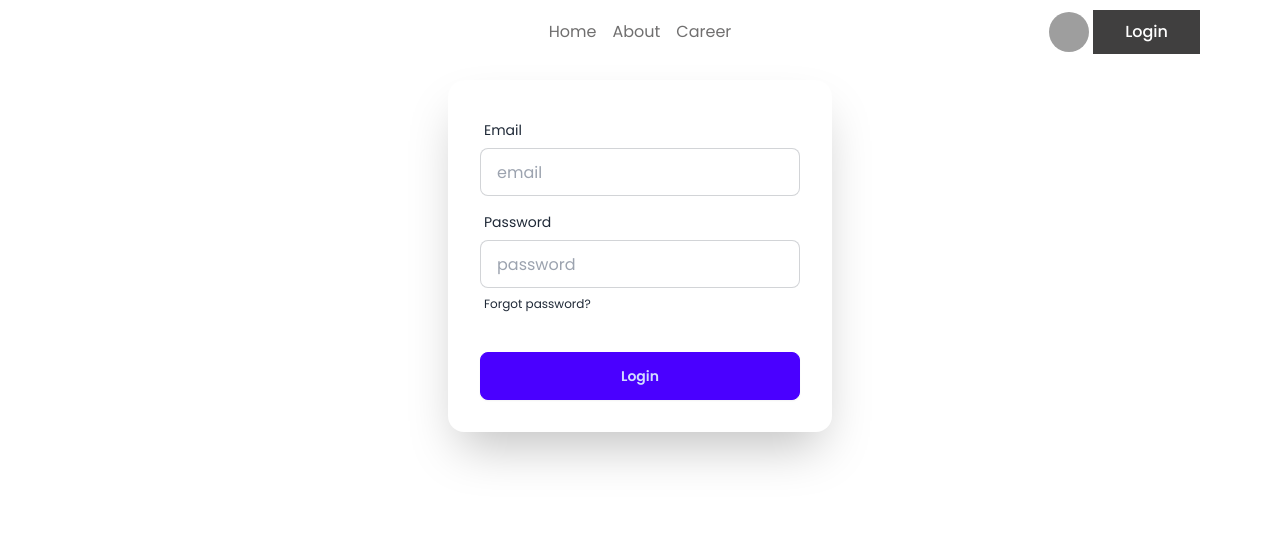
Repository: ShouravAhammed/react-dragon-news-auth
Page: /login
An editor plug-in stored every save of this project. The page is shown before and after the next save, followed by the edit.
The browser window is 1280 px wide. The pictures show the whole page.
Pictures or frames that could not be fetched are drawn as grey boxes. The project was rebuilt for these pictures with package versions that can differ from the ones it lists, and the page was loaded fresh each time. Also part of the build but not shown: vite.config.js, src/pages/BreakingNews/BreakingNews.jsx, src/pages/Shared/Header/Header.jsx, src/pages/Shared/LeftSideNav/LeftSideNav.jsx, src/Components/btnLogin/BtnLogin.jsx, src/pages/Shared/RIghtSideNav/RightSideNav.jsx, src/pages/Home/Home.jsx, src/pages/About/About.jsx and 1 more.

Above is the page before, as saved 2024-04-14 02:46:51.

### src/main.jsx
import React from 'react'
import ReactDOM from 'react-dom/client'
import './index.css'
import { RouterProvider } from 'react-router-dom'
import router from './Routes/Routes.jsx'

ReactDOM.createRoot(document.getElementById('root')).render(
  <React.StrictMode>
    <RouterProvider router={router}/>
  </React.StrictMode>,
)

### src/Routes/Routes.jsx
import Root from "../layout/Root";

import {
    createBrowserRouter,
  } from "react-router-dom";
import Home from "../pages/Home/Home";
import About from "../pages/About/About";
import Career from "../pages/Career/Career";
import Login from "../pages/Login/Login";

const router = createBrowserRouter([
    {
        path: '/',
        element: <Root></Root>,
        children: [
            {

                path: '/',
                element: <Home></Home>,
            },
            {

                path: '/about',
                element: <About></About>,
            },
            {

                path: '/career',
                element: <Career></Career>,
            },
            {

                path: '/login',
                element: <Login></Login>,
            },

        ]
    }
])

export default router;

### src/layout/Root.jsx
import { Outlet } from "react-router-dom";


const Root = () => {
    return (
        <div className="max-w-6xl mx-auto font-poppins px-2">
            <Outlet></Outlet>
        </div>
    );
};

export default Root;

### src/pages/Login/Login.jsx
import Navbar from "../Shared/Navbar/Navbar";


const Login = () => {
    return (
        <div>
            <Navbar></Navbar>

            <div className="hero">
  <div className="hero-content">
    <div className="card shrink-0 w-full max-w-sm shadow-2xl bg-base-100">
      <form className="card-body">
        <div className="form-control">
          <label className="label">
            <span className="label-text">Email</span>
          </label>
          <input type="email" placeholder="email" className="input input-bordered" required />
        </div>
        <div className="form-control">
          <label className="label">
            <span className="label-text">Password</span>
          </label>
          <input type="password" placeholder="password" className="input input-bordered" required />
          <label className="label">
            <a href="#" className="label-text-alt link link-hover">Forgot password?</a>
          </label>
        </div>
        <div className="form-control mt-6">
          <button className="btn btn-primary">Login</button>
        </div>
      </form>
    </div>
  </div>
</div>

        </div>
    );
};

export default Login;

### src/pages/Shared/Navbar/Navbar.jsx
import { Link, NavLink } from "react-router-dom";
import DefaultUser from '../../../assets/user.png'

const Navbar = () => {

    const navLinks =
    <>
        <li><NavLink to={'/'} className={({isActive}) => isActive ? 'text-[#D72050]' : 'text-[#706F6F]'}>Home</NavLink></li>
        <li><NavLink to={'/about'} className={({isActive}) => isActive ? 'text-[#D72050]' : 'text-[#706F6F]'}>About</NavLink></li>
        <li><NavLink to={'/career'} className={({isActive}) => isActive ? 'text-[#D72050]' : 'text-[#706F6F]'}>Career</NavLink></li>
    </>

    return (
        <div>
            <div className="navbar">
  <div className="navbar-start">
    <div className="dropdown">
      <div tabIndex={0} role="button" className="btn btn-ghost lg:hidden">
        <svg xmlns="http://www.w3.org/2000/svg" className="h-5 w-5" fill="none" viewBox="0 0 24 24" stroke="currentColor"><path strokeLinecap="round" strokeLinejoin="round" strokeWidth="2" d="M4 6h16M4 12h8m-8 6h16" /></svg>
      </div>
      <ul tabIndex={0} className=" menu-sm dropdown-content mt-3 z-[1] p-2 shadow bg-base-100 rounded-box w-52 text-[#706F6F] font-normal text-[18px]">
        {navLinks}
      </ul>
    </div>
  </div>
  <div className="navbar-center hidden lg:flex">
    <ul className="flex justify-center items-center gap-4 menu-horizontal px-1">
      {navLinks}
    </ul>
  </div>
  <div className="navbar-end">
  <div tabIndex={0} role="button" className="btn btn-ghost btn-circle avatar">
        <div className="w-10 rounded-full">
          <img alt="Tailwind CSS Navbar component" src={DefaultUser} />
        </div>
      </div>

  <Link to={'/login'}
        className="px-8 py-2.5 relative group overflow-hidden font-medium bg-[#403F3F] text-white inline-block"
      >
        <span className="absolute top-0 left-0 flex w-full h-0 mb-0 transition-all duration-200 ease-out transform translate-y-0 bg-gray-50 group-hover:h-full"></span>
        <span className="relative group-hover:text-[#403F3F]">Login</span>
      </Link>
  </div>
</div>
        </div>
    );
};

export default Navbar;

### tailwind.config.js
/** @type {import('tailwindcss').Config} */
export default {
  content: [
    "./index.html",
    "./src/**/*.{js,ts,jsx,tsx}",
  ],
  theme: {
    extend: {
      fontFamily: {
        poppins: '"Poppins", sans-serif;', // Adds a new `font-display` class
      }
    }
  },
  plugins: [require("daisyui")],
}

Loaded but not shown: index.html (common file); src/index.css (common file)

After the next save:
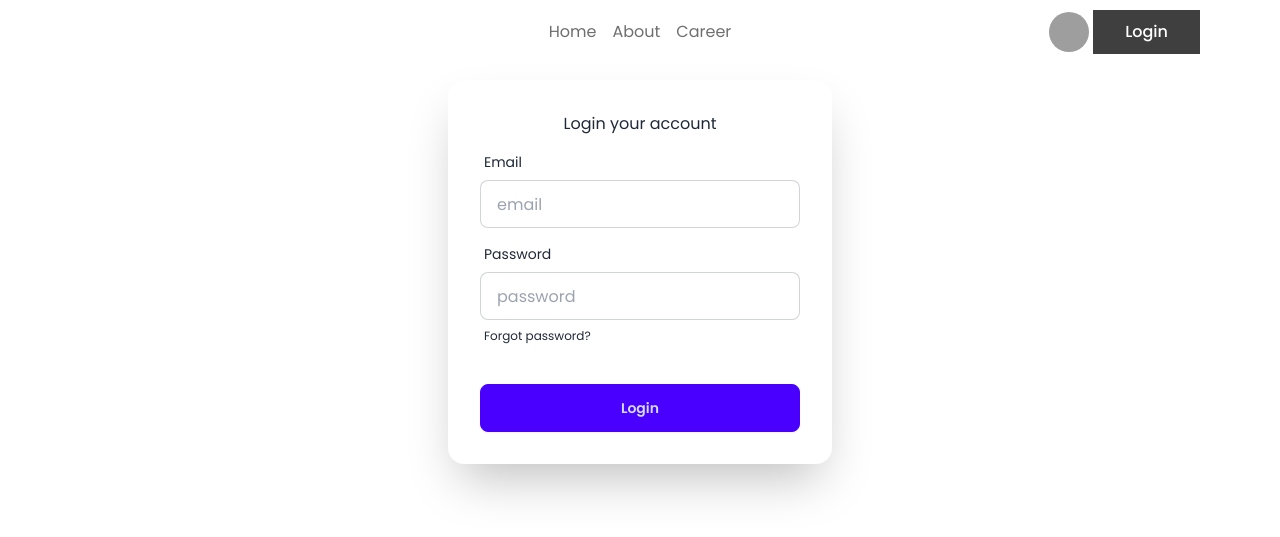
Saved 2 min 1 s later.
--- a/src/pages/Login/Login.jsx
+++ b/src/pages/Login/Login.jsx
@@ -9,7 +9,9 @@ const Login = () => {
             <div className="hero">
   <div className="hero-content">
     <div className="card shrink-0 w-full max-w-sm shadow-2xl bg-base-100">
+
       <form className="card-body">
+        <h3 className="text-center">Login your account</h3>
         <div className="form-control">
           <label className="label">
             <span className="label-text">Email</span>
@@ -29,6 +31,7 @@ const Login = () => {
           <button className="btn btn-primary">Login</button>
         </div>
       </form>
+
     </div>
   </div>
 </div>
